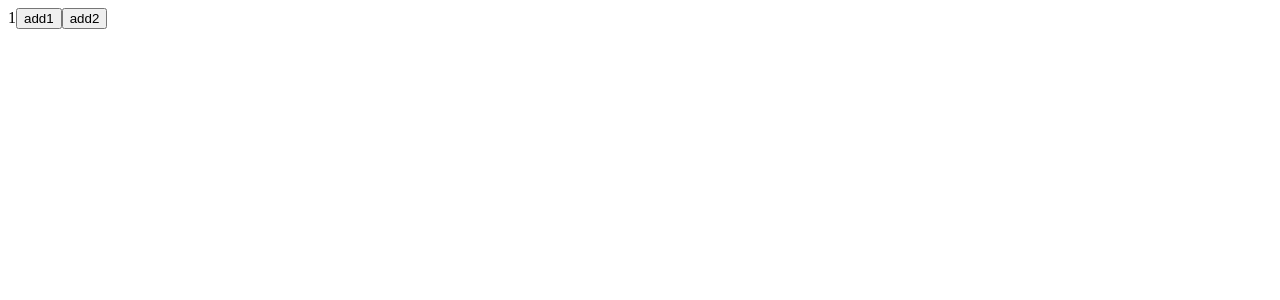
Repository: zenghao518518/React
Page: /
An editor plug-in stored every save of this project. The page is shown before and after the next save, followed by the edit.
The browser window is 1280 px wide. The pictures show the whole page.
The project was rebuilt for these pictures with package versions that can differ from the ones it lists, and the page was loaded fresh each time.

Above is the page before, as saved 2023-07-21 16:48:56.

After the next save:
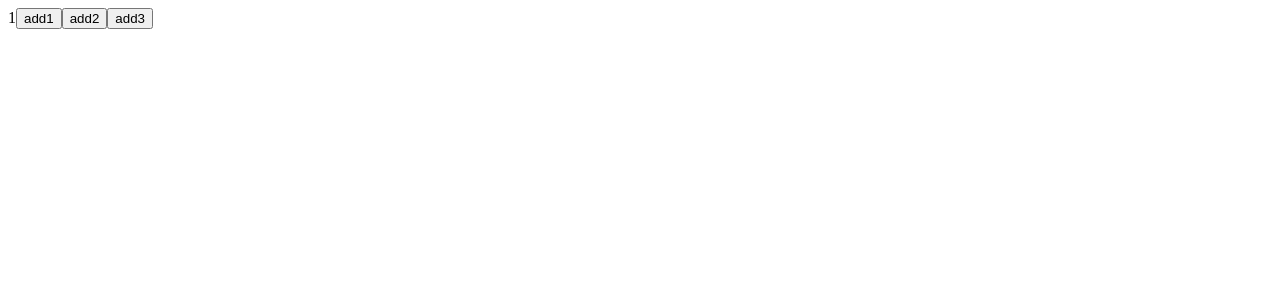
Saved 15 s later.
--- a/src/01-base/13-setState同步异步.js
+++ b/src/01-base/13-setState同步异步.js
@@ -11,6 +11,7 @@ export default class App
           {this.state.count}
            <button onClick={this.handleAdd1}>add1</button>
            <button onClick={this.handleAdd2}>add2</button>
+           <button onClick={this.handleAdd3}>add3</button>
       </div>
     )
   }
